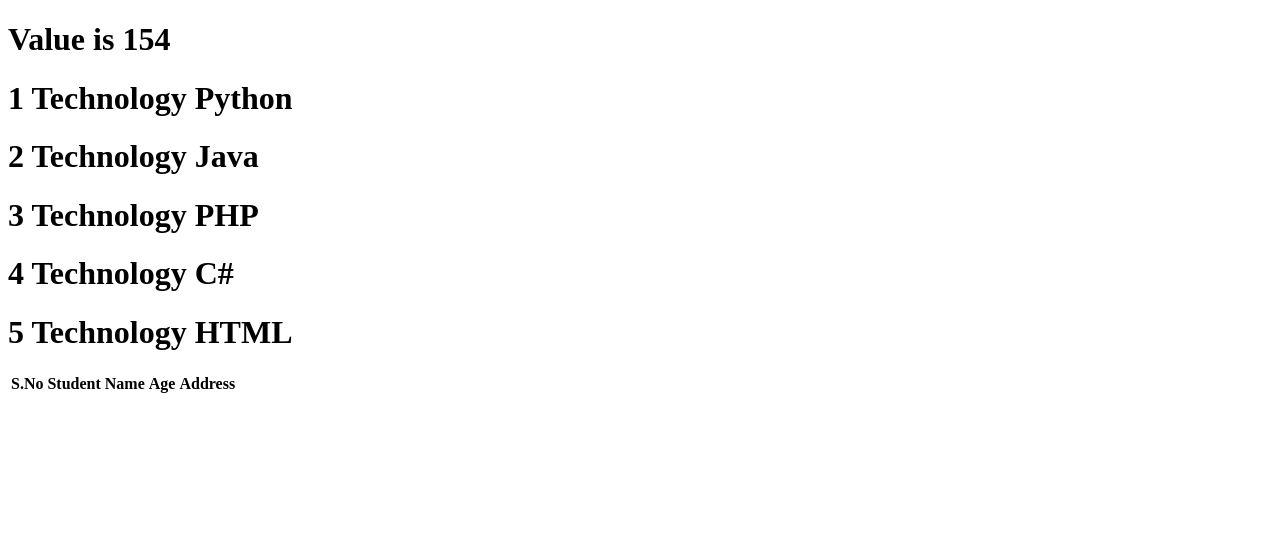
Repository: gautamsonam011/CMS
Page: http://localhost/dtl/
The author's editor kept a copy of each file at every save. The page is drawn from the files as they stood at one save, then again after the next save.
The browser window is 1280 px wide. The pictures show the whole page.
The page is served by the project's application, run on Django 5.2 (manage.py).

Above is the page before, as saved 2025-09-06 17:21:41.

After the next save:
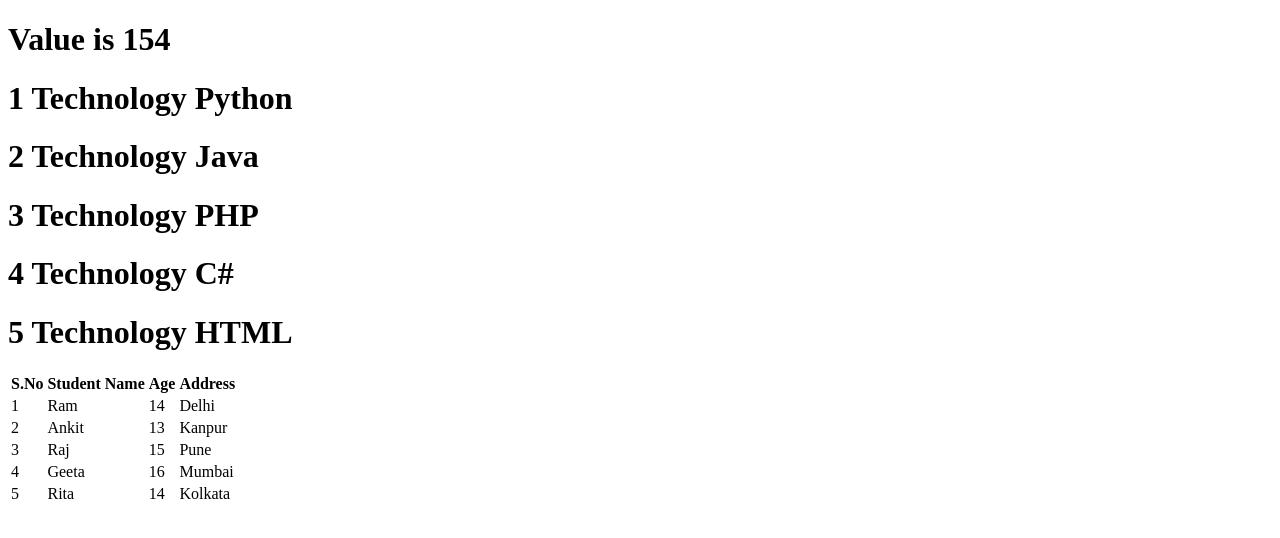
Saved 57 s later.
--- a/templates/dtl.html
+++ b/templates/dtl.html
@@ -28,18 +28,14 @@
             <th>Age</th>
             <th>Address</th>
             </tr>
+            {% for name, age, address in students %}
             <tr>
-                <td>{{forloop.counter}}</td>
-                {% for i in student_name %}
-                <td>{{i}}</td>
-                {% endfor %}
-                {% for i in student_age %}
-                <td>{{i}}</td>
-                {% endfor %}
-                {% for i in student_address %}
-                <td>{{i}}</td>
-                {% endfor %}
+                <td>{{ forloop.counter }}</td>
+                <td>{{ name }}</td>
+                <td>{{ age }}</td>
+                <td>{{ address }}</td>
             </tr>
+            {% endfor %}
 
         </table>
 
